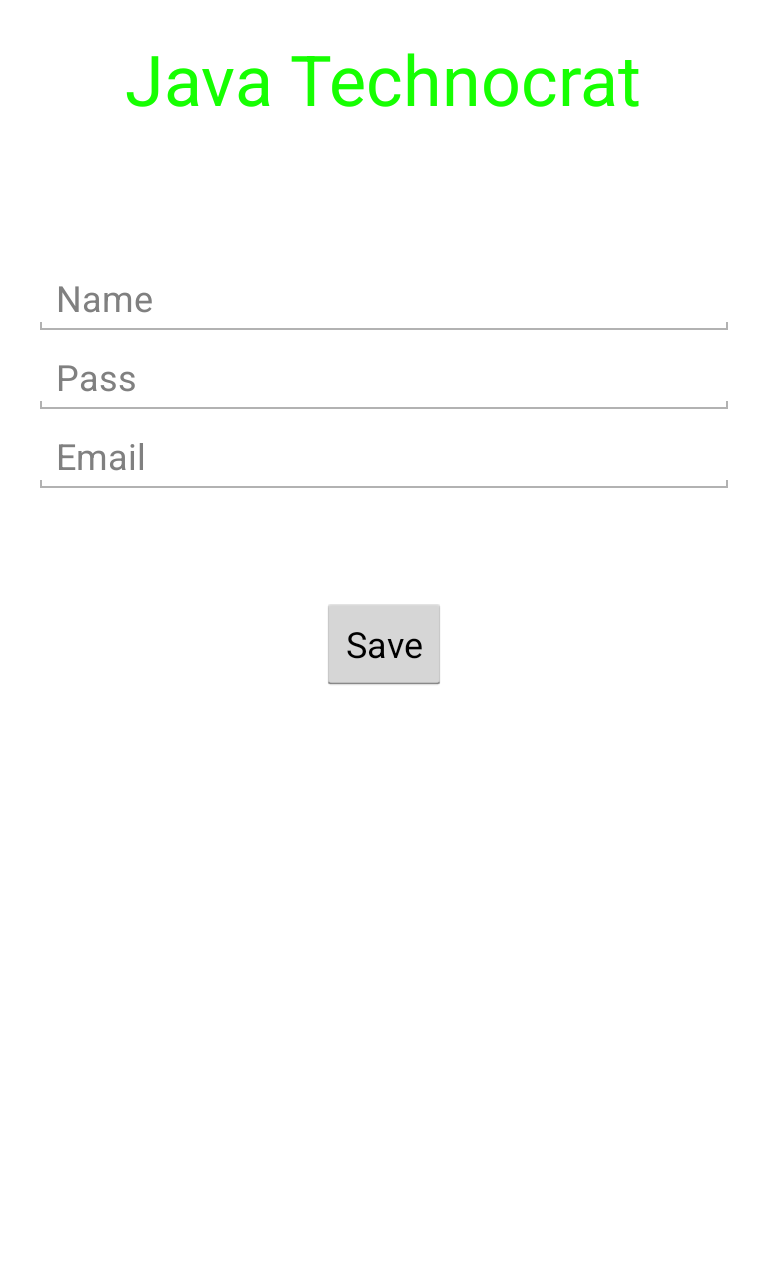
Repository: yashmoda/Android-Practice
Layout: SharedPreferenceDemo/res/layout/activity_main.xml
An editor plug-in stored every save of this project. The layout is shown before and after the next save, followed by the edit.
It is drawn on a 768 x 1280 px phone screen (xhdpi) without system bars, with theme AppTheme; the app's code is not run. The app's manifest (not shown) leaves right-to-left support off. So textAlignment, textDirection and layoutDirection are ignored, and left and right values win over start and end ones.

Above is the layout before, as saved 2017-06-15 05:02:23.

### SharedPreferenceDemo/res/layout/activity_main.xml
<RelativeLayout xmlns:android="http://schemas.android.com/apk/res/android"
    xmlns:tools="http://schemas.android.com/tools"
    android:layout_width="match_parent"
    android:layout_height="match_parent"
    android:paddingBottom="@dimen/activity_vertical_margin"
    android:paddingLeft="@dimen/activity_horizontal_margin"
    android:paddingRight="@dimen/activity_horizontal_margin"
    android:paddingTop="@dimen/activity_vertical_margin"
    tools:context="com.example.sharedpreferencedemo.MainActivity" >


   <TextView
      android:layout_width="wrap_content"
      android:layout_height="wrap_content"
      android:text="Java Technocrat"
      android:id="@+id/textView2"
      android:layout_below="@+id/textView"
      android:layout_centerHorizontal="true"
      android:textSize="35dp"
      android:textColor="#ff16ff01" />

   <EditText
      android:layout_width="wrap_content"
      android:layout_height="wrap_content"
      android:id="@+id/editText"
      android:layout_below="@+id/textView2"
      android:layout_marginTop="67dp"
      android:hint="Name"
      android:layout_alignParentRight="true"
      android:layout_alignParentEnd="true"
      android:layout_alignParentLeft="true"
      android:layout_alignParentStart="true" />

   <EditText
      android:layout_width="wrap_content"
      android:layout_height="wrap_content"
      android:id="@+id/editText2"
      android:layout_below="@+id/editText"
      android:layout_alignParentLeft="true"
      android:layout_alignParentStart="true"
      android:layout_alignParentRight="true"
      android:layout_alignParentEnd="true"
      android:hint="Pass" />

   <EditText
      android:layout_width="wrap_content"
      android:layout_height="wrap_content"
      android:id="@+id/editText3"
      android:layout_below="@+id/editText2"
      android:layout_alignParentLeft="true"
      android:layout_alignParentStart="true"
      android:layout_alignParentRight="true"
      android:layout_alignParentEnd="true"
      android:hint="Email" />

   <Button
      android:layout_width="wrap_content"
      android:layout_height="wrap_content"
      android:text="Save"
      android:id="@+id/button"
      android:layout_below="@+id/editText3"
      android:layout_centerHorizontal="true"
      android:layout_marginTop="50dp" />

</RelativeLayout>

Loaded but not shown: SharedPreferenceDemo/res/values/styles.xml (common file); SharedPreferenceDemo/res/values-v11/styles.xml (common file); SharedPreferenceDemo/res/values-v14/styles.xml (common file); SharedPreferenceDemo/res/values/dimens.xml (common file); SharedPreferenceDemo/res/values-w820dp/dimens.xml (common file)

After the next save:
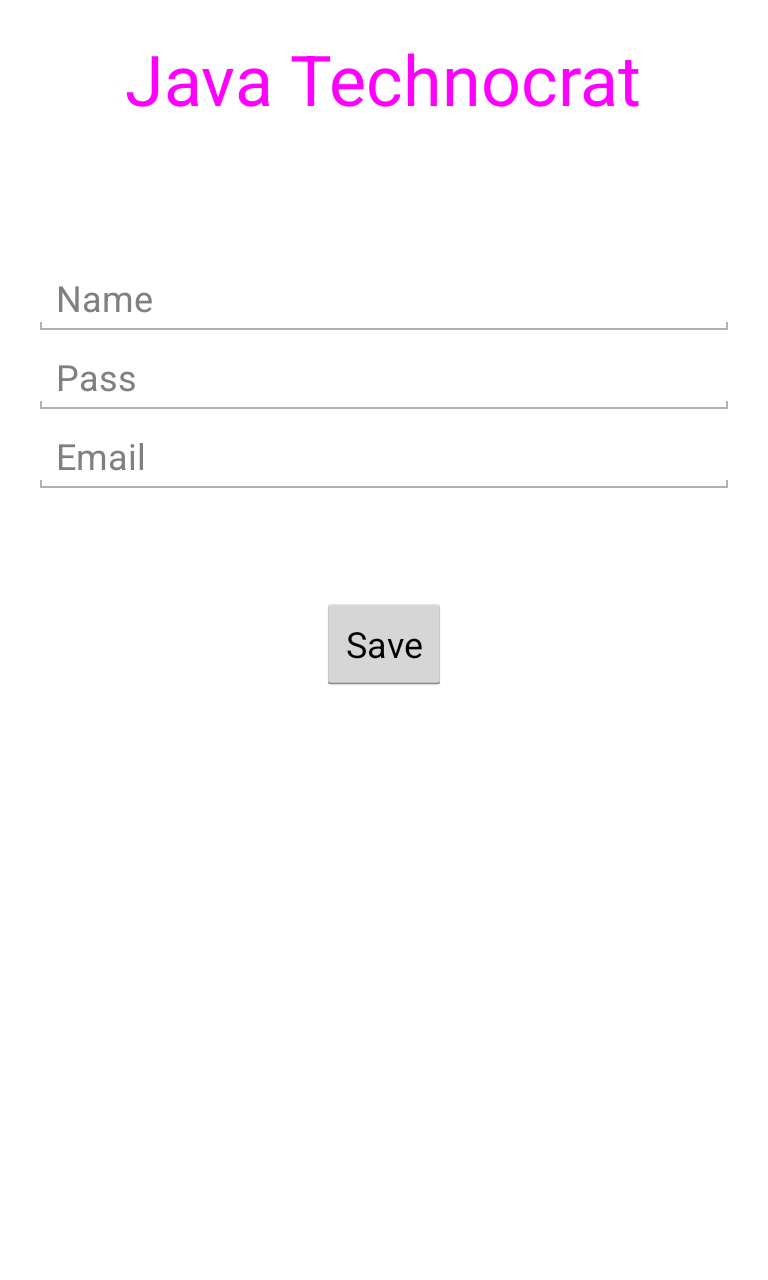
Saved 26 s later.
--- a/SharedPreferenceDemo/res/layout/activity_main.xml
+++ b/SharedPreferenceDemo/res/layout/activity_main.xml
@@ -17,7 +17,7 @@
       android:layout_below="@+id/textView"
       android:layout_centerHorizontal="true"
       android:textSize="35dp"
-      android:textColor="#ff16ff01" />
+      android:textColor="#ff00ff" />
 
    <EditText
       android:layout_width="wrap_content"
